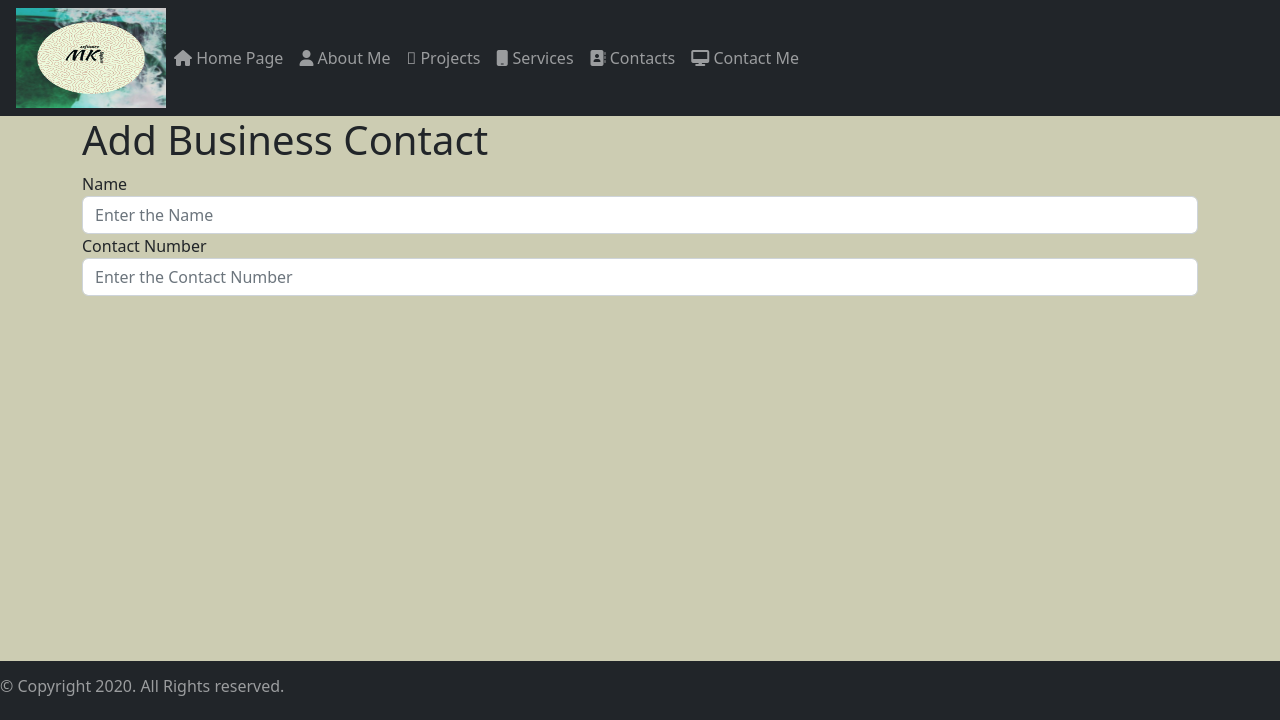
Repository: Mandeep180/Lab03_1
Page: http://localhost/infor/add
The author's editor kept a copy of each file at every save. The page is drawn from the files as they stood at one save, then again after the next save.
The browser window is 1280 px wide. The pictures show the whole page.
The page is served by the project's Node server (server.js). Other server files are loaded and not shown.

Above is the page before, as saved 2022-10-22 21:38:38.

### server/views/infor/add.ejs
<%- include ../partials/header.ejs %>
<%- include ../partials/main_nav.ejs %>

<!-- Main content for the add page -->

<div class="container">
    <div class="row">
        <div class = "offset-md-3 col-md-6"></div>
        <h1><%= title%></h1>
        <form class="form" method="POST">
            <div class="form-group">
                <label for="nameTextFeild">Name</label>
                <input type="text" class="form-control"
                id="nameTextFeild"
                placeholder="Enter the Name"
                name="name" required>
            </div>

            <div class="form-group">
                <label for="contactNumberTextFeild">Contact Number</label>
                <input type="text" class="form-control"
                id="nameTextFeild"
                placeholder="Enter the Contact Number "
                name="contactNumber" required>

            </div>
        </form>


    </div>
</div>

<%- include ../partials/bottom_nav.ejs %>
<%- include ../partials/footer.ejs %>

### server/views/partials/header.ejs
<!DOCTYPE html>
<html lang="en">
  <head>
    <meta charset="utf-8">
    <meta name="viewport" content="width=device-width, initial-scale=1.0">
    <title><%= title %></title>
    <!-- CSS section-->


    <link rel="stylesheet" href="/bootstrap/dist/css/bootstrap.min.css">
    <link rel="stylesheet" href="/@fortawesome/fontawesome-free/css/all.min.css">
    <link rel="stylesheet" href="/Content/app.css">
  </head>
  <body>

### server/views/partials/main_nav.ejs
<body>
    <!--main nav-->
    <nav class="navbar navbar-expand-lg navbar-dark bg-dark">
     <a class="navbar-brand" href="/"></a>
     <a><img src="Assets/images/Logo.jpg" alt = "logo" width="150" height="100" style="float:left">
      <button class="navbar-toggler" type="button" data-toggle="collapse" data-target="#navbarSupportContent" aria-controls="navbarSupportedContent" aria-expanded="false">
        <span class="navbar-toggler-icon"></span>
      </button>

      <style>
        body{

          background:#ccccb2;
        }
      </style>


      <div class="collapse navbar-collapse" id="navbarSupportedContent">
        <ul class="navbar-nav mr-auto">
          <% if(title == "Home") {%>
            <li class="nav-item active">
            <% } else {%>
              <li class="nav-item">
              <% } %>

            <a class="nav-link" href="/home"> <i class="fa-solid fa-house"></i> Home Page</a>
          </li>

          <% if(title == "About") {%>
            <li class="nav-item active">
            <% } else {%>
              <li class="nav-item">
              <% } %>
            <a class="nav-link" href="/about"> <i class="fa-solid fa-user"></i> About Me</a>

          </li>

          <% if(title == "Projects") {%>
            <li class="nav-item active">
            <% } else {%>
              <li class="nav-item">
              <% } %>
            <a class="nav-link" href="/projects"> <i class="fa-duotone fa-diagram-project"></i> Projects</a>
          </li>


          <% if(title == "Services") {%>
            <li class="nav-item active">
            <% } else {%>
              <li class="nav-item">
              <% } %>
            <a class="nav-link" href="/services"> <i class="fa-solid fa-mobile"></i> Services</a>

          </li>
          <% if(title == "Contacts") {%>
            <li class="nav-item active">
            <% } else {%>
              <li class="nav-item">
              <% } %>
            <a class="nav-link" href="/infor"><i class="fa-solid fa-address-book"></i> Contacts</a>

          </li>

          <% if(title == "Contact Me") {%>
            <li class="nav-item active">
            <% } else {%>
              <li class="nav-item">
              <% } %>
            <a class="nav-link" href="/contact"> <i class="fa-solid fa-desktop"></i> Contact Me</a>

          </li>
        </ul>
      </div>


    </nav>

### server/views/partials/bottom_nav.ejs
<!--Bottom Nav-->
<footer>
    <nav class="navbar fixed-bottom navbar-dark bg-dark">
      <h6 class="display-20 navbar-text">&copy; Copyright 2020. All Rights reserved.</h6>
    </nav>
  </footer>

### server/views/partials/footer.ejs
<!--Script Section-->
<script src="/jquery/dist/jquery.min.js"></script>
<script src="/bootstrap/dist/css/bootstrap.min.js"></script>
<script src ="/Scripts/app.js"></script>
</body>
</html>

### server.js
#!/usr/bin/env node
/*Mandeep Kaur 301225713*/
/**
 * Module dependencies.
 */

var app = require('./server/config/app');
var debug = require('debug')('lab03-1:server');
var http = require('http');

/**
 * Get port from environment and store in Express.
 */

var port = normalizePort(process.env.PORT || '3000');
app.set('port', port);

/**
 * Create HTTP server.
 */

var server = http.createServer(app);

/**
 * Listen on provided port, on all network interfaces.
 */

server.listen(port);
server.on('error', onError);
server.on('listening', onListening);

/**
 * Normalize a port into a number, string, or false.
 */

function normalizePort(val) {
  var port = parseInt(val, 10);

  if (isNaN(port)) {
    // named pipe
    return val;
  }

  if (port >= 0) {
    // port number
    return port;
  }

  return false;
}

/**
 * Event listener for HTTP server "error" event.
 */

function onError(error) {
  if (error.syscall !== 'listen') {
    throw error;
  }

  var bind = typeof port === 'string'
    ? 'Pipe ' + port
    : 'Port ' + port;

  // handle specific listen errors with friendly messages
  switch (error.code) {
    case 'EACCES':
      console.error(bind + ' requires elevated privileges');
      process.exit(1);
      break;
    case 'EADDRINUSE':
      console.error(bind + ' is already in use');
      process.exit(1);
      break;
    default:
      throw error;
  }
}

/**
 * Event listener for HTTP server "listening" event.
 */

function onListening() {
  var addr = server.address();
  var bind = typeof addr === 'string'
    ? 'pipe ' + addr
    : 'port ' + addr.port;
  debug('Listening on ' + bind);
}

### server/routes/infor.js
let express = require('express');
let router = express.Router();
let mongoose = require('mongoose');

//connect to info model
let Infor = require('../models/infor');

// get route for info list page - read operation

router.get('/',(req,res,next)=>{
    Infor.find((err,InforList)=>{
        if(err){
            return console.error(err);
        }
        else
        {
            //console.log(InforList);
            res.render('infor/list',{title:"Business Contact List",InforList:InforList });
        }
    });
});

// get route for displaying info add page - create operation
router.get('/add',(req,res,next)=>{
    res.render('infor/add',{title:"Add Business Contact"});
});
// post route for processing info add page - create operation
router.post('/add',(req,res,next)=>{
  let newInfor  = Infor({
    "name":req.body.name,
    "contactNumber": req.body.contactNumber,
    "email": req.body.email


  });
  Infor.create(newInfor,(err,Infor)=>{
    if(err){
        console.log(err);
        res.end(err);
    }
    else
    {
        res.redirect("/infor");
    }
  });
});
// get route for displaying info edit page - create operation
router.get('/edit/:id',(req,res,next)=>{
  let is = req.params.id;
  Book.findById(id,(err, inforToEdit)=>{
    if(err){
        console.log(err);
        res.end(err);
    }else{
        //show edit view
        res.render('infor/edit',{title: 'Edit Business Contact List ', infor: inforToEdit})
    }
  });
});
// post route for displaying info edit page - create operation
router.post('/edit/:id',(req,res,next)=>{
  let id= req.params.id
  let updatedinfor = Infor({
    "name":req.body.name,
    "contactNumber": req.body.contactNumber,
    "email": req.body.email
  });
  Infor.updateOne({id:id}, updatedinfor,(err)=>{
    if(err){
        console.log(err);
        res.end(err);
    }
    else{
        res.redirect('/infor');
    }
  })
});
// get to perform deletion - delete operation
router.get('/delete/:id',(req,res,next)=>{
  let id= req.params.id;
   if(err){
    console.log(err);
    res.end(err);
   }
   else{
    res.redirect('/infor')
   }

});
module.exports = router;

### public/Scripts/app.js
// IIFe- Immediately Invoked function Expression
/*Mandeep Kaur 301225713*/
(function(){
    function start(){
        console.log("App started...")
    }
    window.addEventListener("load", start);

})

### public/Content/stylesheets/app.css
/*custom css goes here */

After the next save:
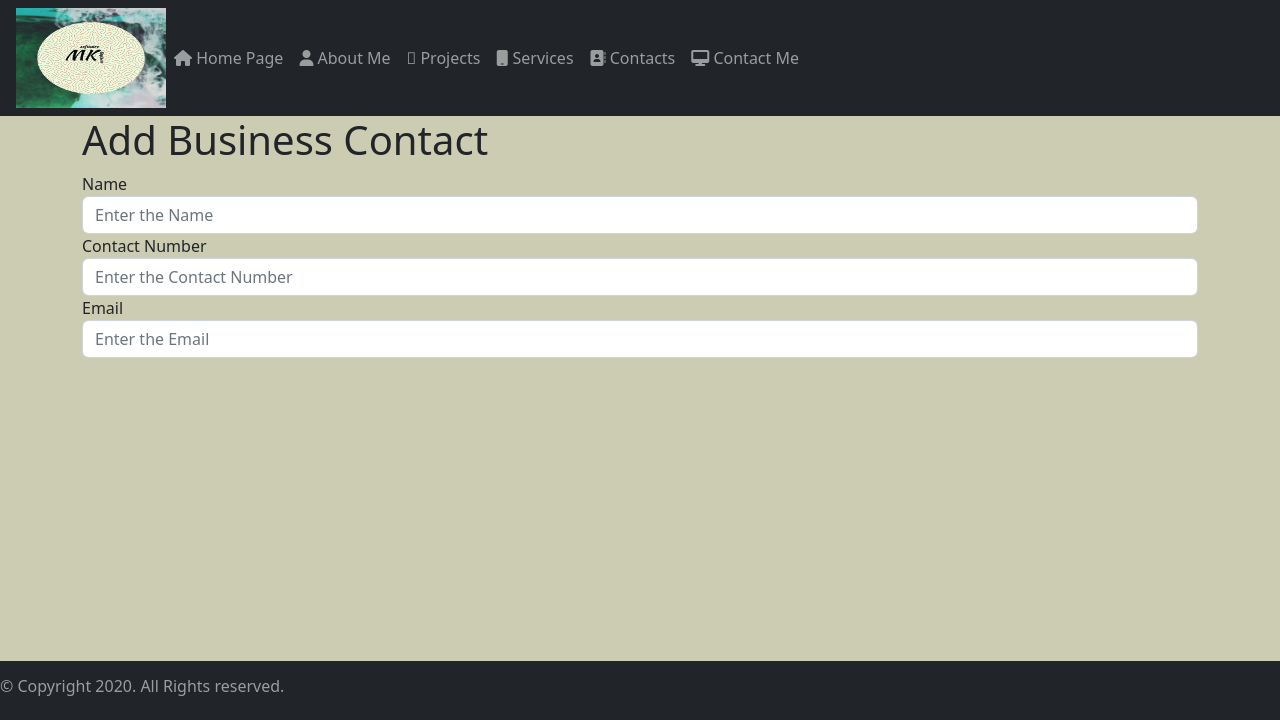
Saved 58 s later.
--- a/server/views/infor/add.ejs
+++ b/server/views/infor/add.ejs
@@ -24,6 +24,14 @@
                 name="contactNumber" required>
 
             </div>
+            <div class="form-group">
+                <label for="EmailTextFeild">Email</label>
+                <input type="text" class="form-control"
+                id="emailTextFeild"
+                placeholder="Enter the Email "
+                name="contactNumber" required>
+
+            </div>
         </form>
 
 
